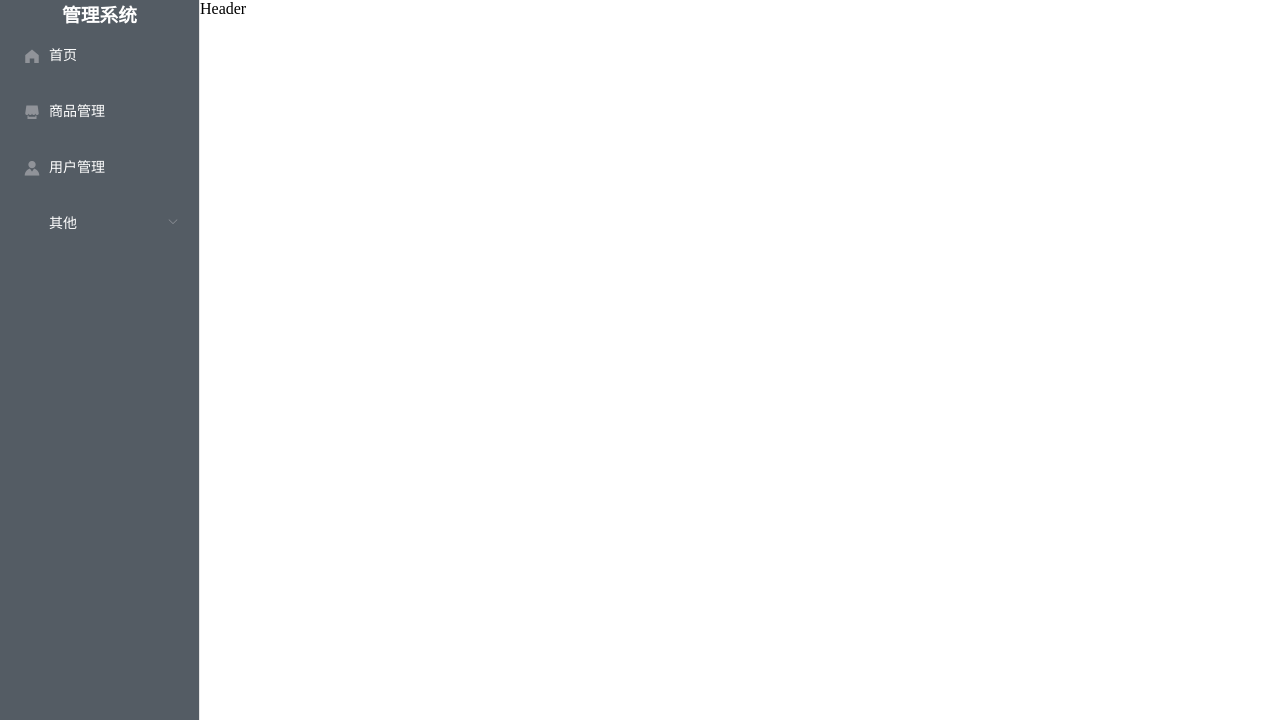
Repository: tkqi/manage
Page: /
These files come from the project's save history. The page is drawn as it stood at one moment and after the next save; the edit follows.
The browser window is 1280 px wide. The pictures show the whole page.
The project was rebuilt for these pictures with package versions that can differ from the ones it lists, and the page was loaded fresh each time. Also part of the build but not shown: vue.config.js.

Above is the page before, as saved 2023-12-01 14:26:44.

### src/main.js
import Vue from 'vue'
import App from './App.vue'
import router from './router'
import store from './store'
import ElementUI from 'element-ui';
import 'element-ui/lib/theme-chalk/index.css';

Vue.config.productionTip = false
Vue.use(ElementUI);

new Vue({
  router,
  store,
  render: h => h(App)
}).$mount('#app')

### src/App.vue
<template>
  <div id="app">
    <!-- 路由出口 -->
    <router-view />
  </div>
</template>

<script>
export default {
  name: 'App'
}
</script>

<style lang="less">
html,
body,
h3 {
  margin: 0;
  padding: 0;
}
</style>

### src/router/index.js
import Vue from 'vue'
import VueRouter from 'vue-router'
import routes from './routes'
Vue.use(VueRouter)


const router = new VueRouter({
  routes: routes
})

// 暴露router实例
export default router

### src/router/routes.js
export default [
    // 主路由
    {
        path: '/',
        component: () => import('../views/Main.vue'),
        // 子路由
        children: [
            {
                path: '/home',
                // 路由组件懒加载
                component: () => import('../views/Home.vue')
            },
            {
                path: '/user',
                component: () => import('../views/User.vue')
            }
        ]
    },
    {
        path: '/home',
        // 路由组件懒加载
        component: () => import('../views/Home.vue')
    },
    {
        path: '/user',
        component: () => import('../views/User.vue')
    }
]

### src/views/Main.vue
<!-- eslint-disable vue/multi-word-component-names -->
<template>
    <div>
        <el-container >
            <el-aside width="200px"><sidebar/></el-aside>
            <el-container>
                <el-header>Header</el-header>
                <el-main><router-view /></el-main>
            </el-container>
        </el-container>

    </div>
</template>

<script>
import sidebar from '../components/sidebar.vue'
export default {
    components:{
        sidebar
    }
}
</script>

<style lang="less" scoped>
.el-header {
    padding: 0
}
</style>

### src/components/sidebar.vue
<!-- eslint-disable vue/multi-word-component-names -->
<template>
    <el-menu default-active="1-4-1" class="menu" @open="handleOpen" @close="handleClose" :collapse="isCollapse"
        background-color="#545c64" text-color="#fff" active-text-color="#ffd04b">
        <h3>管理系统</h3>
        <el-menu-item v-for="item in noChildren" :key="item.name" index="item.name">
            <i :class="`el-icon-${item.icon}`"></i>
            <span slot="title">{{ item.label }}</span>
        </el-menu-item>
        <el-submenu v-for="item in hasChildren" :key="item.label" index="item.label">
            <template slot="title">
                <i :class="`el-icon-${item.icon}`"></i>
                <span slot="title">{{ item.label }}</span>
            </template>
            <el-menu-item-group v-for="subitem in item.children" :key="subitem.name">
                <el-menu-item index="subitem.name">{{ subitem.label }}</el-menu-item>
            </el-menu-item-group>
        </el-submenu>
    </el-menu>
</template>

<script>
export default {
    computed: {
        // 无子菜单
        noChildren() {
            return this.menuData.filter(o => !o.children);
        },
        // 有子菜单
        hasChildren() {
            return this.menuData.filter(o => o.children);
        }
    },
    data() {
        return {
            isCollapse: false,
            menuData: [
                {
                    path: '/',
                    name: 'home',
                    label: "首页",
                    icon: 's-home',
                    url: 'Home/Home'
                },
                {
                    path: '/mall',
                    name: 'mall',
                    label: "商品管理",
                    icon: 's-shop',
                    url: 'MallManage/MallManage'
                },
                {
                    path: '/user',
                    name: 'user',
                    label: "用户管理",
                    icon: 's-custom',
                    url: 'UserManage/UserManage'
                },
                {
                    label: '其他',
                    icon: 's-other',
                    children: [
                        {
                            path: '/page1',
                            name: 'page1',
                            label: "页面1",
                            icon: 's-claim',
                            url: 'Other/PageOne'
                        },
                        {
                            path: '/page2',
                            name: 'page2',
                            label: "页面2",
                            icon: 's-claim',
                            url: 'Other/PageTwo'
                        },
                    ]
                }
            ]
        };
    },
    methods: {
        handleOpen(key, keyPath) {
            console.log(key, keyPath);
        },
        handleClose(key, keyPath) {
            console.log(key, keyPath);
        }
    }
}
</script>

<style lang="less" scoped>
.el-menu-vertical-demo:not(.el-menu--collapse) {
    width: 200px;
    min-height: 400px;
}

.menu {
    height: 100vh;

    h3 {
        color: rgb(255, 255, 255);
        text-align: center;

    }
}
</style>

Loaded but not shown: public/index.html (common file); src/store/index.js (common file)

After the next save:
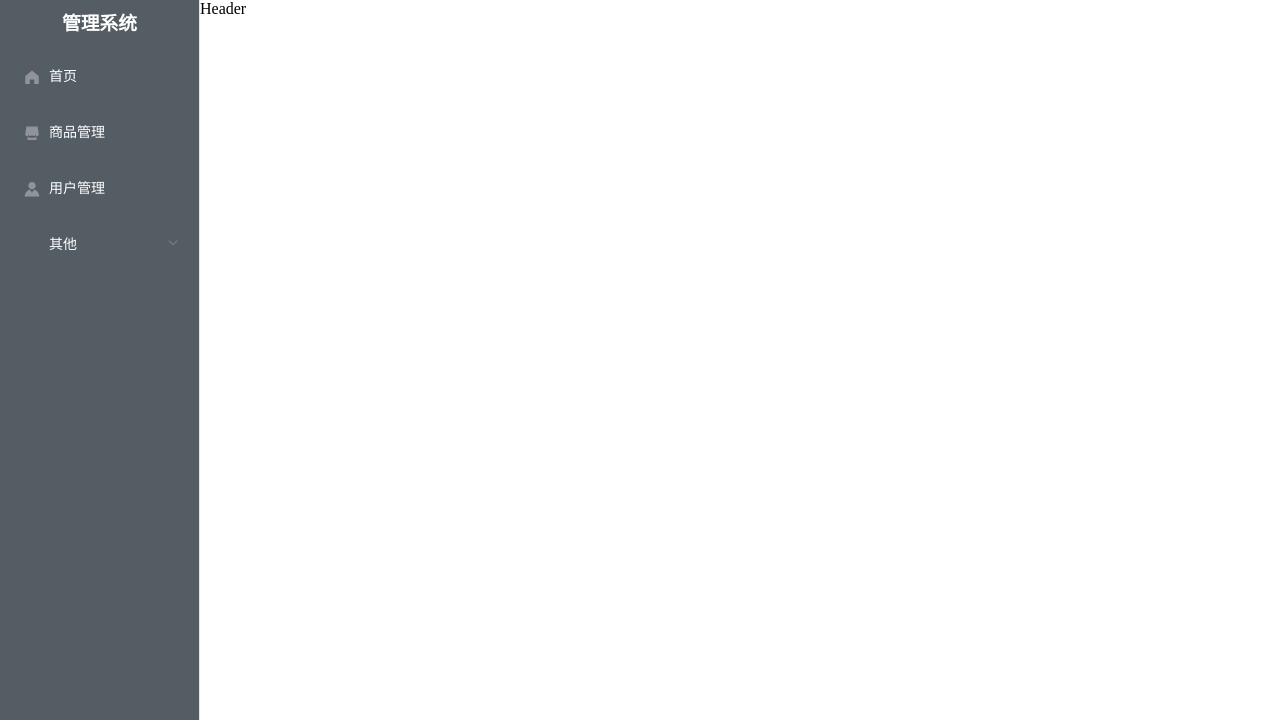
Saved 8 s later.
--- a/src/components/sidebar.vue
+++ b/src/components/sidebar.vue
@@ -102,7 +102,7 @@ export default {
     h3 {
         color: rgb(255, 255, 255);
         text-align: center;
-
+        line-height: 48px;
     }
 }
 </style>
